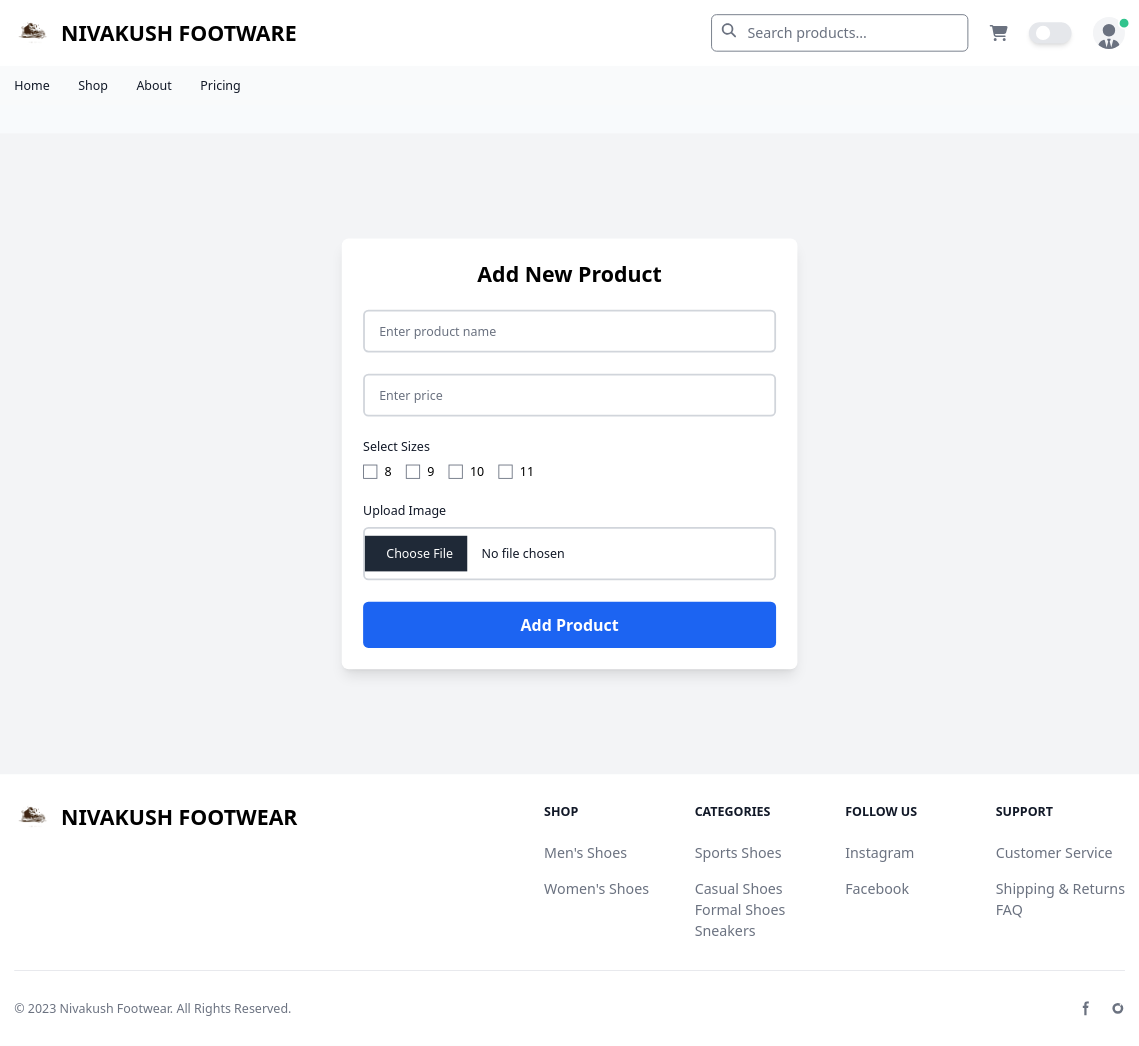
Repository: sibi24sibi/shoe-ecommerce
Page: /admin
The author's editor kept a copy of each file at every save. The page is drawn from the files as they stood at one save, then again after the next save.
The browser window is 1280 px wide. The pictures show the whole page, at 89% of full size.
Some web libraries are served in a nearby version. The project was rebuilt for these pictures with package versions that can differ from the ones it lists, and the page was loaded fresh each time. Also part of the build but not shown: vite.config.js, src/Payment.jsx, src/Components/Products.jsx, src/Components/Carosel.jsx, src/Prod-page.jsx, src/Cart-page.jsx, src/ProductInfo.jsx, src/Aboutus.jsx and 3 more.

Above is the page before, as saved 2024-09-12 10:18:07.

After the next save:
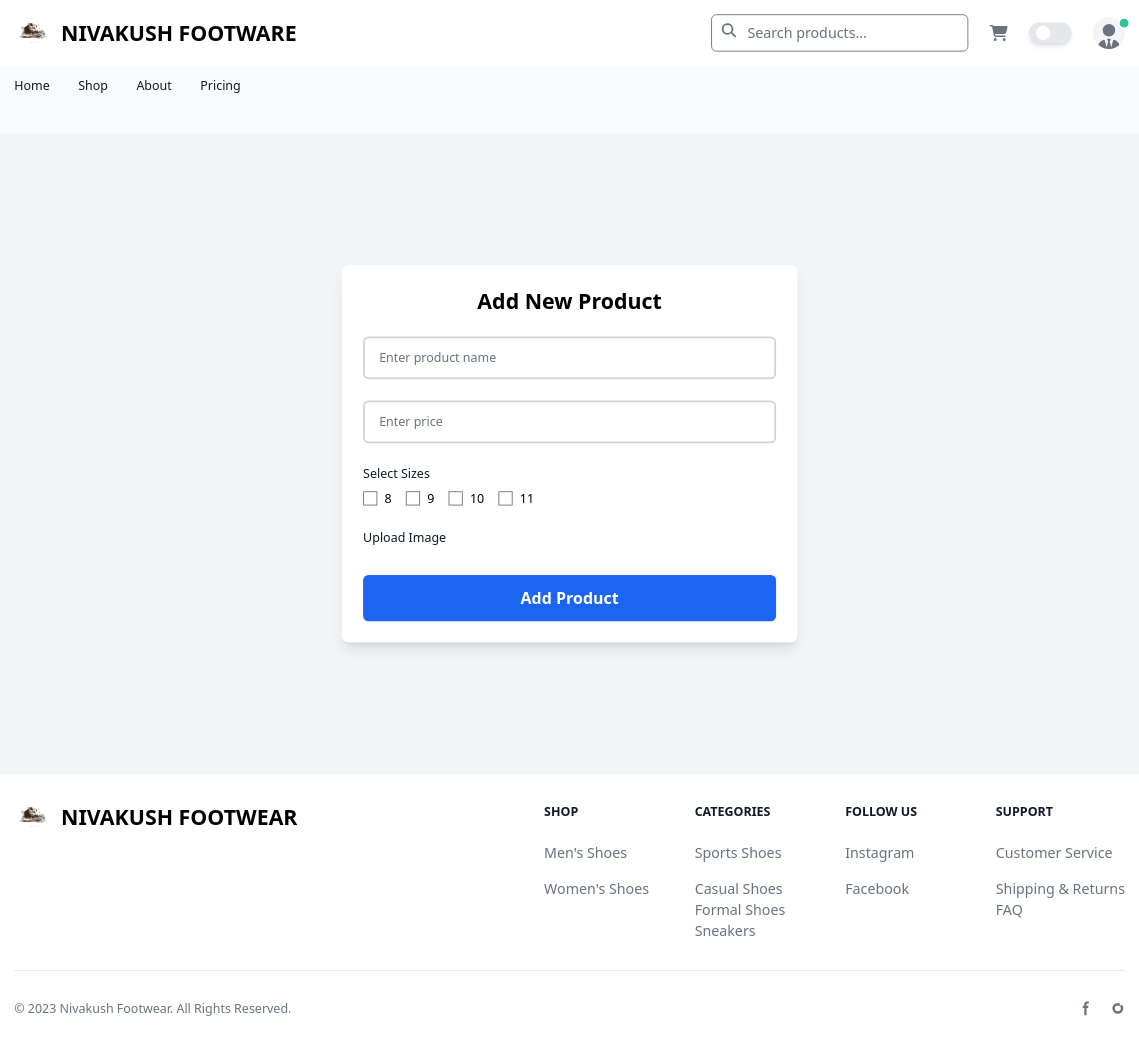
Saved 2 min 36 s later.
--- a/src/Adminpage.jsx
+++ b/src/Adminpage.jsx
@@ -119,7 +119,7 @@ function AddProductForm() {
             type="file"
             accept="image/*"
             onChange={handleImageUpload}
-            className="block w-full text-sm text-gray-900 border-2 border-gray-300 rounded-md p-2 focus:outline-none focus:ring-2 focus:ring-blue-500"
+            className="absolute inset-0 opacity-0 w-full h-full cursor-pointer"
           />
         </div>
 
